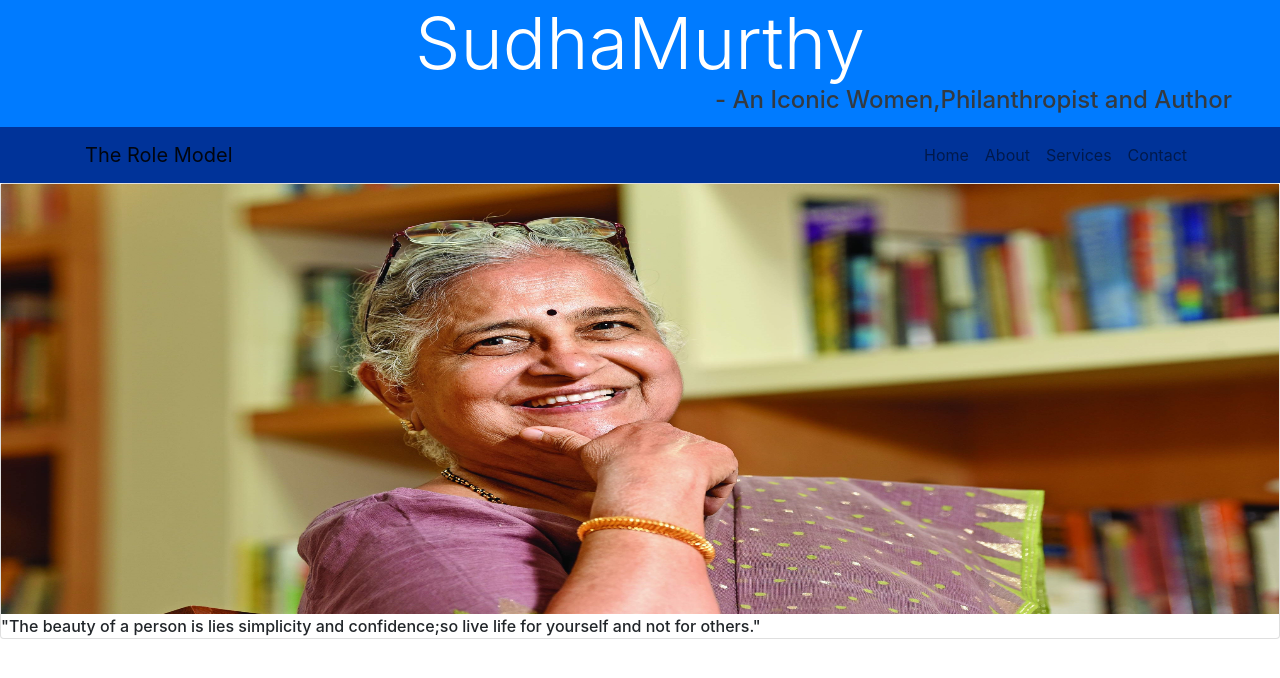
Repository: sumanthr18/RoleModel
Page: index.html
An editor plug-in stored every save of this project. The page is shown before and after the next save, followed by the edit.
The browser window is 1280 px wide. The pictures show the whole page.

Above is the page before, as saved 2020-03-14 17:08:31.

### index.html
<!DOCTYPE html>
<html lang="en">
<head>
    <meta charset="UTF-8">
    <meta name="viewport" content="width=device-width, initial-scale=1.0">
    <title>SudhaMurthy</title>
    <link rel="stylesheet" href="https://stackpath.bootstrapcdn.com/bootstrap/4.4.1/css/bootstrap.min.css" integrity="sha384-Vkoo8x4CGsO3+Hhxv8T/Q5PaXtkKtu6ug5TOeNV6gBiFeWPGFN9MuhOf23Q9Ifjh" crossorigin="anonymous">
</head>
<body>
    <header class="bg-primary pb-1">
        <h1 class="display-3 text-center my-0 text-white ">SudhaMurthy</h1>
        <h4 class="text-right mr-5 text-dark">- An Iconic Women,Philanthropist and Author</h4>
    </header>
    <nav style="background-color: #003399;" class="navbar navbar-expand-sm navbar-light mb-0">
        <div class="container">
            <a class="navbar-brand " href="#">The Role Model</a>
            <button class="navbar-toggler" data-toggle="collapse" data-target="#navbarNav">
                <span class="navbar-toggler-icon"></span>
            </button>
            <div class="collapse navbar-collapse" id="navbarNav">
                <ul class="navbar-nav ml-auto">
                    <li class="nav-item">
                        <a class="nav-link" href="#">Home</a>
                    </li>
                    <li class="nav-item">
                        <a class="nav-link" href="#">About</a>
                    </li>
                    <li class="nav-item">
                        <a class="nav-link" href="#">Services</a>
                    </li>
                    <li class="nav-item">
                        <a class="nav-link" href="#">Contact</a>
                    </li>
                </ul>
            </div>
        </div>
    </nav>
    <div class="card">
        <img class="" style="width:100%;height:430px" src="Sudha_Murty_1-update.jpg">
        <div style="font-weight: 500;">"The beauty of a person is lies simplicity and confidence;so live life for yourself and not for others."</div>
    </div>
</body>
</html>

After the next save:
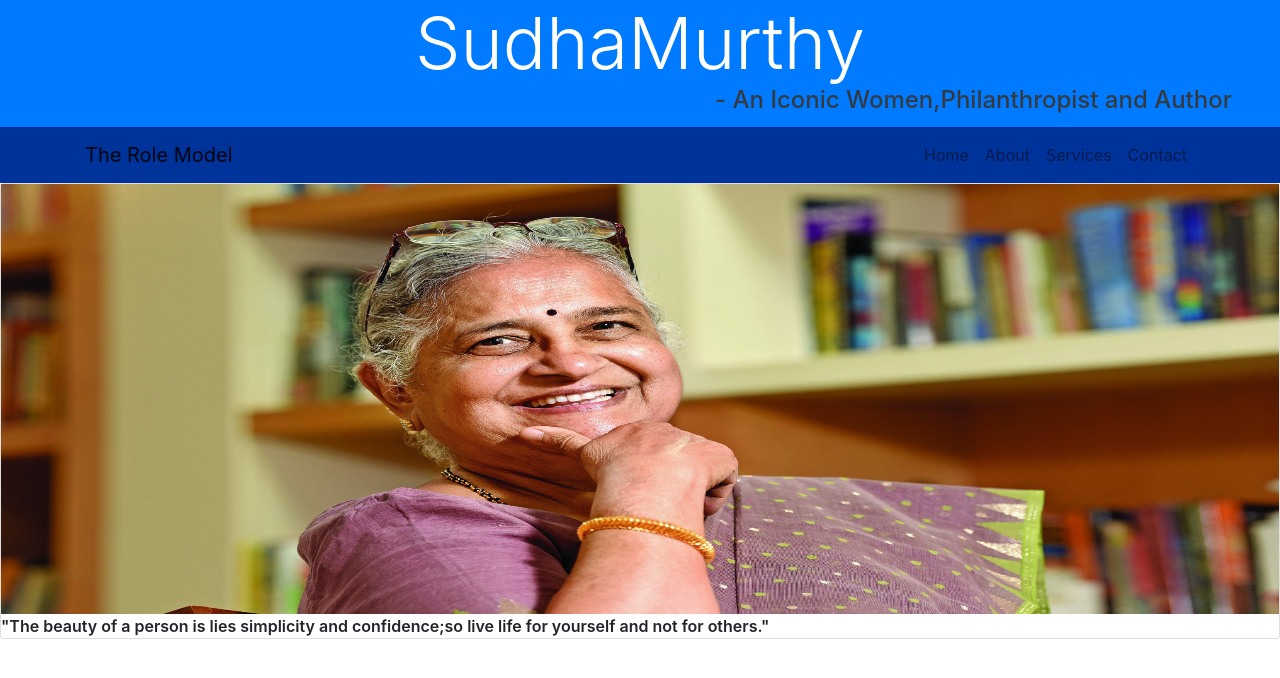
Saved 7 s later.
--- a/index.html
+++ b/index.html
@@ -37,7 +37,7 @@
     </nav>
     <div class="card">
         <img class="" style="width:100%;height:430px" src="Sudha_Murty_1-update.jpg">
-        <div style="font-weight: 500;">"The beauty of a person is lies simplicity and confidence;so live life for yourself and not for others."</div>
+        <div style="font-weight: 600;">"The beauty of a person is lies simplicity and confidence;so live life for yourself and not for others."</div>
     </div>
 </body>
 </html>
